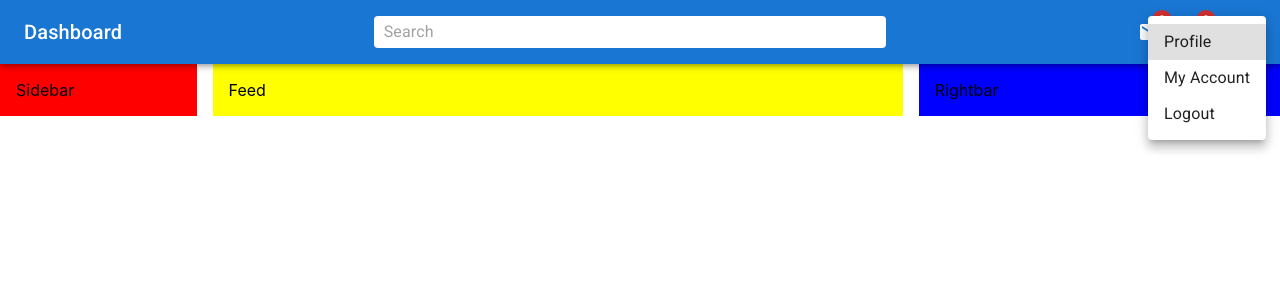
Repository: abubaker-cs/mui5_dashboard
Page: /
These files come from the project's save history. The page is drawn as it stood at one moment and after the next save; the edit follows.
The browser window is 1280 px wide. The pictures show the whole page.
Pictures or frames that could not be fetched are drawn as grey boxes. The project was rebuilt for these pictures with package versions that can differ from the ones it lists, and the page was loaded fresh each time. Also part of the build but not shown: src/App.css.

Above is the page before, as saved 2022-07-17 15:37:44.

After the next save:
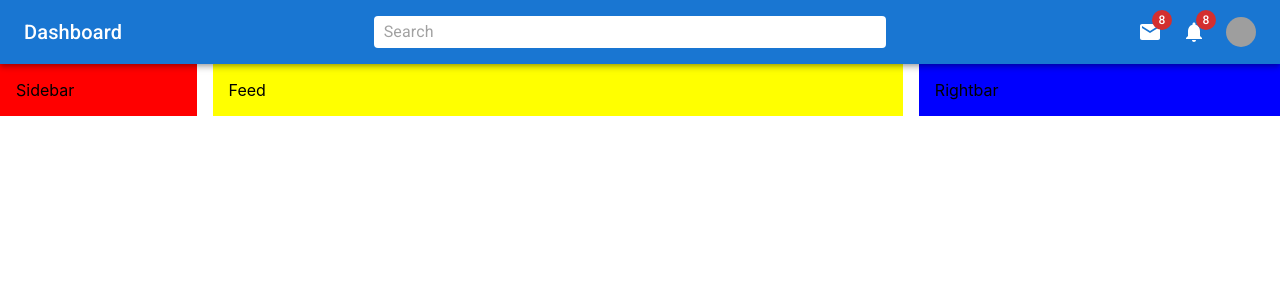
Saved 24 s later.
--- a/src/components/Navbar.jsx
+++ b/src/components/Navbar.jsx
@@ -99,7 +99,7 @@
       <Menu
         id=""
         aria-labelledby=""
-        open={true}
+        open={false}
         onClose={(e) => setOpen(true)}
         anchorOrigin={{
           vertical: "top",

After the save that followed:
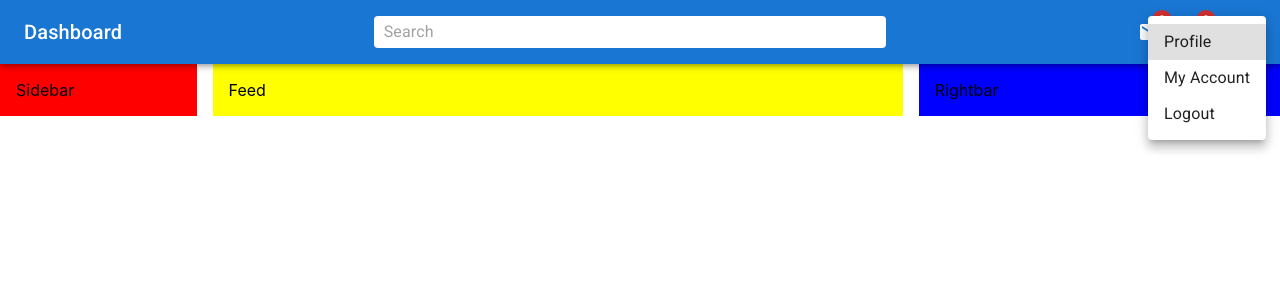
Saved 102 s later.
--- a/src/components/Navbar.jsx
+++ b/src/components/Navbar.jsx
@@ -99,7 +99,7 @@
       <Menu
         id=""
         aria-labelledby=""
-        open={false}
+        open={true}
         onClose={(e) => setOpen(true)}
         anchorOrigin={{
           vertical: "top",
